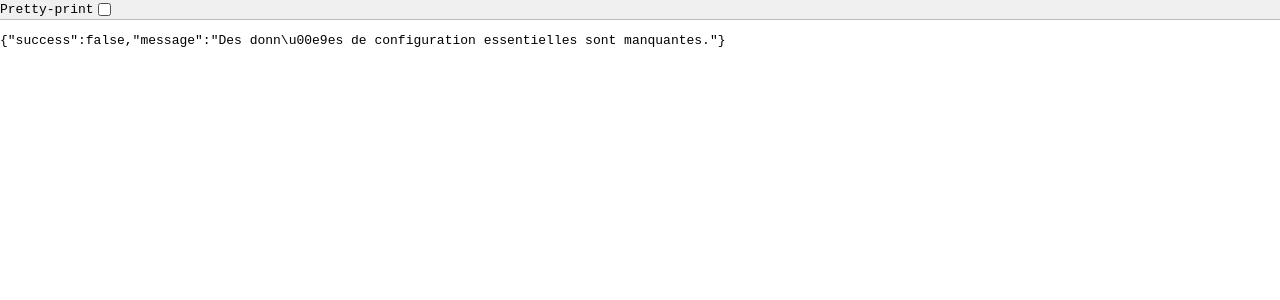
Repository: Mouad-git/edtpro
Page: http://localhost/gestion_edt/api/setup/complete_setup.php
The author's editor kept a copy of each file at every save. The page is drawn from the files as they stood at one save, then again after the next save.
The browser window is 1280 px wide. The pictures show the whole page.
The page is run by PHP 8.4 with error messages shown; the project is at /var/www/html/. The session is filled in as if someone had signed in: {"utilisateur_id": 1, "etablissement_id": 1}. Other server files are loaded and not shown. Queries for data that is not in the repository find no rows.

Above is the page before, as saved 2025-07-31 23:57:45.

### gestion_edt/api/setup/complete_setup.php
<?php
/**
 * API pour Finaliser la Configuration Initiale
 *
 * Ce script reçoit les données consolidées des 4 étapes du formulaire de configuration :
 * 1. Les données brutes du fichier Excel.
 * 2. Les informations vérifiées des formateurs (masse horaire, email, matricule).
 * 3. Les jours fériés et les périodes de vacances.
 * 4. La liste des espaces/salles.
 *
 * Il effectue une transaction pour sauvegarder toutes ces informations de manière atomique.
 */

// On inclut le gardien (qui vérifie 'utilisateur_id') et la connexion BDD
require_once '../auth/session_check.php';
require_once '../../config/database.php';

// On indique que la réponse sera au format JSON
header('Content-Type: application/json');

// Récupère les données JSON envoyées par le JavaScript
$data = json_decode(file_get_contents("php://input"), true);

// On récupère les ID depuis la session (sécurisé)
$etablissement_id = $_SESSION['etablissement_id'];
$utilisateur_id = $_SESSION['utilisateur_id'];

// Validation pour s'assurer que les données principales sont là
if (empty($data['excelData']) || empty($data['formateursData']) || empty($data['espaces'])) {
    http_response_code(400);
    echo json_encode(['success' => false, 'message' => 'Des données de configuration essentielles sont manquantes.']);
    exit;
}

// Récupération et nettoyage des données
$rawExcelDataWithHeader = $data['excelData'];
$formateursData = $data['formateursData'];
$holidays = $data['holidays'] ?? [];
$vacations = $data['vacations'] ?? [];
$espaces = $data['espaces'];

if (empty($rawExcelDataWithHeader) || !isset($rawExcelDataWithHeader[0])) {
    http_response_code(400);
    echo json_encode(['success' => false, 'message' => 'Les données Excel reçues sont vides ou mal formatées.']);
    exit;
}

try {
    // On utilise une transaction. Si une seule requête échoue, tout est annulé.
    $pdo->beginTransaction();

    // --- 1. Sauvegarde des données des formateurs (celles vérifiées par l'utilisateur) ---
    // On supprime les anciennes données de type 'formateur' pour cet établissement.
    $pdo->prepare("DELETE FROM donnees_de_base WHERE etablissement_id = ? AND type_donnee = 'formateur'")
        ->execute([$etablissement_id]);
    // On insère la nouvelle liste d'objets formateurs (avec nom, email, matricule, etc.)
    $stmtFormateurs = $pdo->prepare("INSERT INTO donnees_de_base (etablissement_id, type_donnee, donnees_json) VALUES (?, 'formateur', ?)");
    $stmtFormateurs->execute([$etablissement_id, json_encode($formateursData)]);

    // --- 2. Extraction et sauvegarde du reste des données de l'Excel ---
    $groupes = []; $fusionGroupes = []; $affectations = [];

    // On prend la première ligne comme en-tête
    $header = array_map('trim', $rawExcelDataWithHeader[0]);
    // On prend le reste comme les lignes de données
    $dataRows = array_slice($rawExcelDataWithHeader, 1);

    // On cherche les index des colonnes dynamiquement
    $nomFormateurIndex = array_search('Formateur Affecté Présentiel Actif', $header);
    $nomFormateurSyncIndex = array_search('Formateur Affecté Syn Actif', $header); // Assurez-vous que ce titre est correct
    $groupeIndex = array_search('Groupe', $header);
    $fusionGroupeIndex = array_search('FusionGroupe', $header);
    $moduleIndex = array_search('Code Module', $header);

    // Si une colonne cruciale est manquante, on arrête
    if ($groupeIndex === false || $moduleIndex === false) {
        throw new Exception("Les colonnes 'Groupe' ou 'Module' sont introuvables dans l'en-tête du fichier Excel.");
    }

    // On a besoin de la même fonction de formatage de nom ici pour traiter les affectations
    function getFormattedName($name) {
        if (!$name || !is_string($name)) return '';
        $words = array_filter(preg_split('/\s+/', trim(strtoupper($name))));
        $wordCount = count($words);
        if ($wordCount === 0) return '';
        if ($wordCount <= 1) return $words[0];
        if ($wordCount >= 3 && mb_strlen($words[1]) <= 3) return $words[1] . ' ' . $words[2];
        $dernierMot = $words[$wordCount - 1];
        if (mb_strlen($dernierMot) <= 2 && $wordCount > 1) return $words[$wordCount - 2] . ' ' . $dernierMot;
        return $dernierMot;
    }

    foreach ($dataRows as $row) {
        $groupe = trim($row[$groupeIndex] ?? '');
        if ($groupe) $groupes[] = $groupe;

        $fusionGroupe = ($fusionGroupeIndex !== false) ? trim($row[$fusionGroupeIndex] ?? '') : '';
        if ($fusionGroupe) $fusionGroupes[] = $fusionGroupe;

        $formateurP = ($nomFormateurIndex !== false) ? getFormattedName($row[$nomFormateurIndex] ?? null) : '';
        $formateurS = ($nomFormateurSyncIndex !== false) ? getFormattedName($row[$nomFormateurSyncIndex] ?? null) : '';
        $module = trim($row[$moduleIndex] ?? '');

        if ($formateurP && $groupe && $module) $affectations[] = ['formateur' => $formateurP, 'groupe' => $groupe, 'module' => $module, 'type' => 'presentiel'];
        if ($formateurS && $fusionGroupe && $module) $affectations[] = ['formateur' => $formateurS, 'groupe' => $fusionGroupe, 'module' => $module, 'type' => 'synchrone'];
    }

    $groupesList = array_values(array_unique($groupes)); sort($groupesList);
    $fusionGroupesList = array_values(array_unique($fusionGroupes)); sort($fusionGroupesList);

    // On insère les groupes, fusions, et affectations
    $insertStmt = $pdo->prepare("INSERT INTO donnees_de_base (etablissement_id, type_donnee, donnees_json) VALUES (?, ?, ?)");
    if(!empty($groupesList)) $insertStmt->execute([$etablissement_id, 'groupe', json_encode($groupesList)]);
    if(!empty($fusionGroupesList)) $insertStmt->execute([$etablissement_id, 'fusion_groupe', json_encode($fusionGroupesList)]);
    if(!empty($affectations)) $insertStmt->execute([$etablissement_id, 'affectation', json_encode($affectations)]);

    // --- 3. Sauvegarde des données d'avancement ---
    $fileName = "Base initiale du " . date('d-m-Y');
    $avancementStmt = $pdo->prepare("INSERT INTO donnees_avancement (etablissement_id, nom_fichier, donnees_json) VALUES (?, ?, ?) ON DUPLICATE KEY UPDATE nom_fichier = VALUES(nom_fichier), donnees_json = VALUES(donnees_json)");
    $avancementStmt->execute([$etablissement_id, $fileName, json_encode($dataRows)]); // On sauvegarde les données sans l'en-tête

    // --- 4. Sauvegarde des données de calendrier ---
    $calendarData = ['holidays' => $holidays, 'vacations' => $vacations];
    $pdo->prepare("DELETE FROM donnees_de_base WHERE etablissement_id = ? AND type_donnee = 'calendrier'")->execute([$etablissement_id]);
    $stmtCalendar = $pdo->prepare("INSERT INTO donnees_de_base (etablissement_id, type_donnee, donnees_json) VALUES (?, 'calendrier', ?)");
    $stmtCalendar->execute([$etablissement_id, json_encode($calendarData)]);

    // --- 5. Sauvegarde des espaces ---
    $pdo->prepare("DELETE FROM espaces WHERE etablissement_id = ?")->execute([$etablissement_id]);
    $stmtEspaces = $pdo->prepare("INSERT INTO espaces (etablissement_id, nom_espace) VALUES (?, ?)");
    foreach ($espaces as $espace) {
        if (!empty(trim($espace))) {
            $stmtEspaces->execute([$etablissement_id, trim($espace)]);
        }
    }

    // --- 6. Marquer la configuration comme terminée ---
    $stmtSetup = $pdo->prepare("UPDATE utilisateurs SET is_setup_complete = TRUE WHERE id = ?");
    $stmtSetup->execute([$utilisateur_id]);

    // Si on arrive ici, tout s'est bien passé. On valide toutes les opérations.
    $pdo->commit();

    echo json_encode(['success' => true]);

} catch (Exception $e) {
    // Si une erreur est survenue, on annule toutes les opérations.
    if ($pdo->inTransaction()) {
        $pdo->rollBack();
    }
    http_response_code(500);
    echo json_encode(['success' => false, 'message' => $e->getMessage()]);
}
?>

### gestion_edt/api/auth/session_check.php
<?php
/**
 * Vérificateur de Session - Le Gardien de l'API
 *
 * Ce script a un seul rôle : vérifier si un utilisateur est actuellement connecté.
 * S'il ne l'est pas, il arrête immédiatement l'exécution et renvoie une erreur 403 (Interdit).
 * S'il est connecté, il ne fait rien et laisse le script qui l'a appelé continuer.
 *
 * Il doit être inclus avec require_once au tout début de chaque fichier PHP de l'API
 * qui nécessite une authentification.
 */

// 1. Démarrer ou reprendre la session existante
// C'est OBLIGATOIRE pour pouvoir accéder à la variable $_SESSION.
// Doit être appelé avant toute sortie HTML ou texte.
session_start();

// 2. Vérifier si les informations d'identification sont présentes dans la session
// Nous vérifions si 'utilisateur_id' ET 'etablissement_id' ont été définis lors de la connexion (login.php).
// Si l'une des deux manque, l'utilisateur n'est pas considéré comme correctement authentifié.
if (!isset($_SESSION['utilisateur_id']) || !isset($_SESSION['etablissement_id'])) {

    // 3. Si l'utilisateur n'est pas authentifié :

    // a) Envoyer un en-tête HTTP "403 Forbidden".
    // C'est la manière standard de dire à une API "Je te comprends, mais tu n'as pas le droit d'être ici".
    http_response_code(403);

    // b) Envoyer une réponse JSON claire au frontend.
    // Le JavaScript pourra lire ce message et savoir pourquoi l'accès a été refusé.
    echo json_encode([
        'success' => false,
        'message' => 'Accès non autorisé. Session invalide ou expirée.'
    ]);

    // c) Arrêter l'exécution du script.
    // C'est la partie la plus importante. Rien de ce qui se trouve dans le fichier
    // qui a appelé session_check.php ne sera exécuté. La porte est fermée.
    exit;
}

// 4. Si le script arrive jusqu'ici, cela signifie que les variables de session existent
// et que l'utilisateur est bien connecté. Le script qui a appelé ce fichier peut continuer son exécution normale.
?>

### gestion_edt/config/database.php
<?php
/**
 * Fichier de configuration de la base de données.
 * Ce fichier établit la connexion à la base de données MySQL en utilisant PDO.
 * Il doit être inclus dans tous les scripts de l'API qui ont besoin d'interagir avec la BDD.
 */

// --- PERSONNALISEZ CES VARIABLES SELON VOTRE ENVIRONNEMENT ---

// Hôte de la base de données. Pour un serveur local (XAMPP, WAMP, MAMP), c'est presque toujours 'localhost'.
$host = 'localhost';

// Nom de la base de données que vous avez créée dans phpMyAdmin.
$dbname = 'gestion_edt';

// Nom d'utilisateur pour se connecter à la base de données.
// Par défaut pour XAMPP/WAMP, c'est 'root'.
$username = 'root';

// Mot de passe pour l'utilisateur.
// Par défaut pour XAMPP/WAMP, il est vide.
$password = '';

// --- FIN DE LA ZONE DE PERSONNALISATION ---


try {
    // Tentative de connexion à la base de données.
    // DSN (Data Source Name) spécifie l'hôte, le nom de la base de données et l'encodage des caractères.
    // Utiliser 'utf8mb4' est une bonne pratique pour une compatibilité complète des caractères (y compris les emojis).
    $dsn = "mysql:host=$host;dbname=$dbname;charset=utf8mb4";

    // Création de l'instance PDO (PHP Data Objects). C'est notre objet de connexion.
    $pdo = new PDO($dsn, $username, $password);

    // Configuration des options de PDO pour une meilleure gestion des erreurs.
    // PDO::ATTR_ERRMODE => PDO::ERRMODE_EXCEPTION:
    // Cette ligne est très importante. Elle dit à PDO de "lancer une exception" (une erreur PHP)
    // chaque fois qu'une requête SQL échoue. Cela nous permet d'attraper ces erreurs avec le bloc 'catch'.
    $pdo->setAttribute(PDO::ATTR_ERRMODE, PDO::ERRMODE_EXCEPTION);

} catch (PDOException $e) {
    // Si la connexion échoue (mauvais mot de passe, base de données inexistante, etc.),
    // le code dans le bloc 'catch' est exécuté.

    // On arrête immédiatement l'exécution du script.
    // On affiche un message d'erreur générique pour ne pas révéler de détails sensibles sur un serveur en production.
    die("Erreur de connexion à la base de données. Veuillez vérifier votre configuration. Message: " . $e->getMessage());
}

// Si le script arrive jusqu'ici sans erreur, la variable $pdo contient une connexion valide à la base de données
// et peut être utilisée par les autres scripts qui incluront ce fichier.
?>

### gestion_edt/api/auth/session_check_setup.php
<?php
/**
 * Vérificateur de Session pour la phase de Configuration (Setup)
 *
 * Ce gardien est moins strict. Il vérifie uniquement que l'utilisateur est
 * authentifié (a un utilisateur_id), mais n'exige PAS qu'un établissement
 * ait déjà été sélectionné.
 */

session_start();

if (!isset($_SESSION['utilisateur_id'])) {
    http_response_code(403);
    echo json_encode(['success' => false, 'message' => 'Accès non autorisé. Vous devez être connecté pour accéder à la configuration.']);
    exit;
}

// NOTE IMPORTANTE:
// Pour que le reste du script puisse fonctionner, nous devons tout de même
// définir la variable $etablissement_id. On va la chercher maintenant.
require_once '../../config/database.php';
$stmt_etab = $pdo->prepare("SELECT id FROM etablissements WHERE utilisateur_id = ? LIMIT 1");
$stmt_etab->execute([$_SESSION['utilisateur_id']]);
$etablissement = $stmt_etab->fetch(PDO::FETCH_ASSOC);

if (!$etablissement) {
    http_response_code(500);
    echo json_encode(['success' => false, 'message' => 'Erreur critique: Utilisateur sans établissement trouvé.']);
    exit;
}

// On définit la variable pour que les scripts qui incluent ce fichier puissent l'utiliser.
$etablissement_id = $etablissement['id'];
?>

After the next save:
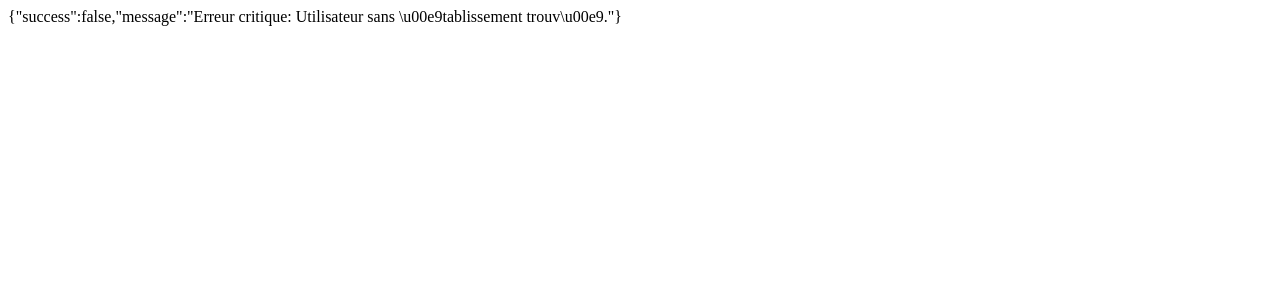
Saved 10 min 9 s later.
--- a/gestion_edt/api/setup/complete_setup.php
+++ b/gestion_edt/api/setup/complete_setup.php
@@ -12,7 +12,7 @@
  */
 
 // On inclut le gardien (qui vérifie 'utilisateur_id') et la connexion BDD
-require_once '../auth/session_check.php';
+require_once '../auth/session_check_setup.php';
 require_once '../../config/database.php';
 
 // On indique que la réponse sera au format JSON
@@ -20,10 +20,7 @@
 
 // Récupère les données JSON envoyées par le JavaScript
 $data = json_decode(file_get_contents("php://input"), true);
-
-// On récupère les ID depuis la session (sécurisé)
-$etablissement_id = $_SESSION['etablissement_id'];
-$utilisateur_id = $_SESSION['utilisateur_id'];
+$utilisateur_id = $_SESSION['utilisateur_id']; // Fourni par le gardien
 
 // Validation pour s'assurer que les données principales sont là
 if (empty($data['excelData']) || empty($data['formateursData']) || empty($data['espaces'])) {
@@ -60,23 +57,16 @@
     // --- 2. Extraction et sauvegarde du reste des données de l'Excel ---
     $groupes = []; $fusionGroupes = []; $affectations = [];
 
-    // On prend la première ligne comme en-tête
-    $header = array_map('trim', $rawExcelDataWithHeader[0]);
-    // On prend le reste comme les lignes de données
-    $dataRows = array_slice($rawExcelDataWithHeader, 1);
+   // On ignore l'en-tête et on prend directement les lignes de données
+$dataRows = array_slice($rawExcelDataWithHeader, 1);
 
-    // On cherche les index des colonnes dynamiquement
-    $nomFormateurIndex = array_search('Formateur Affecté Présentiel Actif', $header);
-    $nomFormateurSyncIndex = array_search('Formateur Affecté Syn Actif', $header); // Assurez-vous que ce titre est correct
-    $groupeIndex = array_search('Groupe', $header);
-    $fusionGroupeIndex = array_search('FusionGroupe', $header);
-    $moduleIndex = array_search('Code Module', $header);
-
-    // Si une colonne cruciale est manquante, on arrête
-    if ($groupeIndex === false || $moduleIndex === false) {
-        throw new Exception("Les colonnes 'Groupe' ou 'Module' sont introuvables dans l'en-tête du fichier Excel.");
-    }
-
+// --- DÉFINITION FIXE DES INDEX DE COLONNES ---
+// A=0, B=1, ..., I=8, ..., M=12, ..., Q=16, ..., U=20, ..., W=22
+$groupeIndex = 8;        // Colonne I
+$fusionGroupeIndex = 12; // Colonne M
+$moduleIndex = 16;       // Colonne Q
+$nomFormateurIndex = 20; // Colonne U
+$nomFormateurSyncIndex = 22; // Colonne W
     // On a besoin de la même fonction de formatage de nom ici pour traiter les affectations
     function getFormattedName($name) {
         if (!$name || !is_string($name)) return '';
@@ -134,14 +124,23 @@
         }
     }
 
-    // --- 6. Marquer la configuration comme terminée ---
+   // --- 6. Marquer la configuration comme terminée ET FINALISER LA SESSION ---
+
+    // a) Mettre à jour la base de données (inchangé)
     $stmtSetup = $pdo->prepare("UPDATE utilisateurs SET is_setup_complete = TRUE WHERE id = ?");
     $stmtSetup->execute([$utilisateur_id]);
 
-    // Si on arrive ici, tout s'est bien passé. On valide toutes les opérations.
+    // b) --- LA CORRECTION CRUCIALE EST ICI ---
+    // On met à jour la session PHP en cours pour la rendre "complète".
+    // Maintenant, quand l'utilisateur arrivera sur admin.html, le gardien strict sera satisfait.
+    $_SESSION['etablissement_id'] = $etablissement_id;
+    // ------------------------------------------
+
+    // Si on arrive ici, toutes les opérations BDD sont prêtes à être validées.
     $pdo->commit();
 
     echo json_encode(['success' => true]);
+
 
 } catch (Exception $e) {
     // Si une erreur est survenue, on annule toutes les opérations.

After the save that followed:
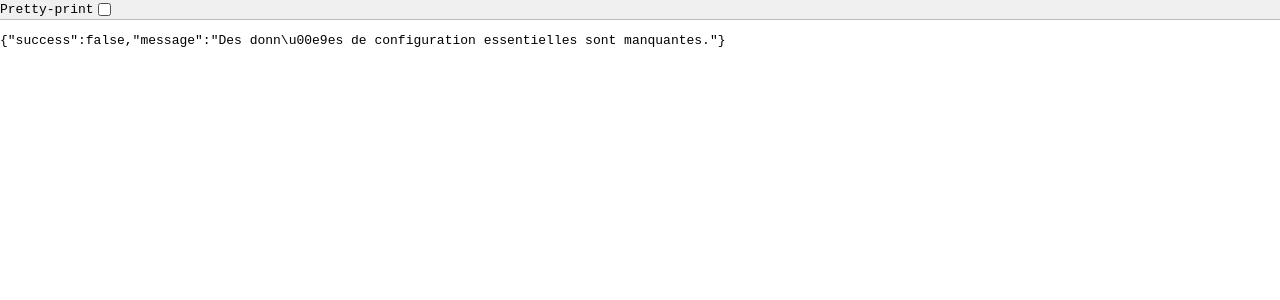
Saved 43 s later.
--- a/gestion_edt/api/setup/complete_setup.php
+++ b/gestion_edt/api/setup/complete_setup.php
@@ -12,7 +12,7 @@
  */
 
 // On inclut le gardien (qui vérifie 'utilisateur_id') et la connexion BDD
-require_once '../auth/session_check_setup.php';
+require_once '../auth/session_check.php';
 require_once '../../config/database.php';
 
 // On indique que la réponse sera au format JSON
@@ -20,7 +20,10 @@
 
 // Récupère les données JSON envoyées par le JavaScript
 $data = json_decode(file_get_contents("php://input"), true);
-$utilisateur_id = $_SESSION['utilisateur_id']; // Fourni par le gardien
+
+// On récupère les ID depuis la session (sécurisé)
+$etablissement_id = $_SESSION['etablissement_id'];
+$utilisateur_id = $_SESSION['utilisateur_id'];
 
 // Validation pour s'assurer que les données principales sont là
 if (empty($data['excelData']) || empty($data['formateursData']) || empty($data['espaces'])) {
@@ -57,16 +60,23 @@
     // --- 2. Extraction et sauvegarde du reste des données de l'Excel ---
     $groupes = []; $fusionGroupes = []; $affectations = [];
 
-   // On ignore l'en-tête et on prend directement les lignes de données
-$dataRows = array_slice($rawExcelDataWithHeader, 1);
+    // On prend la première ligne comme en-tête
+    $header = array_map('trim', $rawExcelDataWithHeader[0]);
+    // On prend le reste comme les lignes de données
+    $dataRows = array_slice($rawExcelDataWithHeader, 1);
 
-// --- DÉFINITION FIXE DES INDEX DE COLONNES ---
-// A=0, B=1, ..., I=8, ..., M=12, ..., Q=16, ..., U=20, ..., W=22
-$groupeIndex = 8;        // Colonne I
-$fusionGroupeIndex = 12; // Colonne M
-$moduleIndex = 16;       // Colonne Q
-$nomFormateurIndex = 20; // Colonne U
-$nomFormateurSyncIndex = 22; // Colonne W
+    // On cherche les index des colonnes dynamiquement
+    $nomFormateurIndex = array_search('Formateur Affecté Présentiel Actif', $header);
+    $nomFormateurSyncIndex = array_search('Formateur Affecté Syn Actif', $header); // Assurez-vous que ce titre est correct
+    $groupeIndex = array_search('Groupe', $header);
+    $fusionGroupeIndex = array_search('FusionGroupe', $header);
+    $moduleIndex = array_search('Code Module', $header);
+
+    // Si une colonne cruciale est manquante, on arrête
+    if ($groupeIndex === false || $moduleIndex === false) {
+        throw new Exception("Les colonnes 'Groupe' ou 'Module' sont introuvables dans l'en-tête du fichier Excel.");
+    }
+
     // On a besoin de la même fonction de formatage de nom ici pour traiter les affectations
     function getFormattedName($name) {
         if (!$name || !is_string($name)) return '';
@@ -124,23 +134,14 @@
         }
     }
 
-   // --- 6. Marquer la configuration comme terminée ET FINALISER LA SESSION ---
-
-    // a) Mettre à jour la base de données (inchangé)
+    // --- 6. Marquer la configuration comme terminée ---
     $stmtSetup = $pdo->prepare("UPDATE utilisateurs SET is_setup_complete = TRUE WHERE id = ?");
     $stmtSetup->execute([$utilisateur_id]);
 
-    // b) --- LA CORRECTION CRUCIALE EST ICI ---
-    // On met à jour la session PHP en cours pour la rendre "complète".
-    // Maintenant, quand l'utilisateur arrivera sur admin.html, le gardien strict sera satisfait.
-    $_SESSION['etablissement_id'] = $etablissement_id;
-    // ------------------------------------------
-
-    // Si on arrive ici, toutes les opérations BDD sont prêtes à être validées.
+    // Si on arrive ici, tout s'est bien passé. On valide toutes les opérations.
     $pdo->commit();
 
     echo json_encode(['success' => true]);
-
 
 } catch (Exception $e) {
     // Si une erreur est survenue, on annule toutes les opérations.
